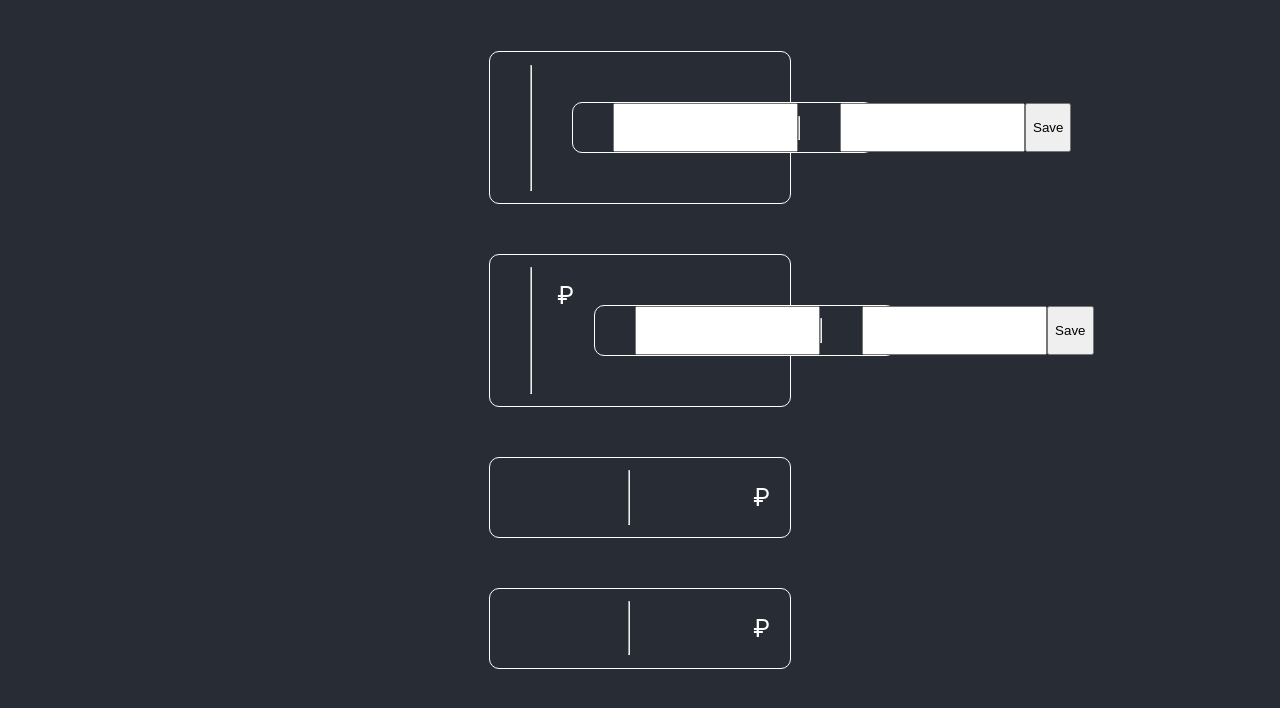
Repository: bandikost/capers
Page: /main
The author's editor kept a copy of each file at every save. The page is drawn from the files as they stood at one save, then again after a run of saves.
The browser window is 1280 px wide. The pictures show the whole page.
The page's requests for data from a server got no answer. The project was rebuilt for these pictures with package versions that can differ from the ones it lists, and the page was loaded fresh each time. No one was signed in, and anything a server would have sent is missing.

Above is the page before, as saved 2023-04-10 12:56:04.

After the next 2 saves:
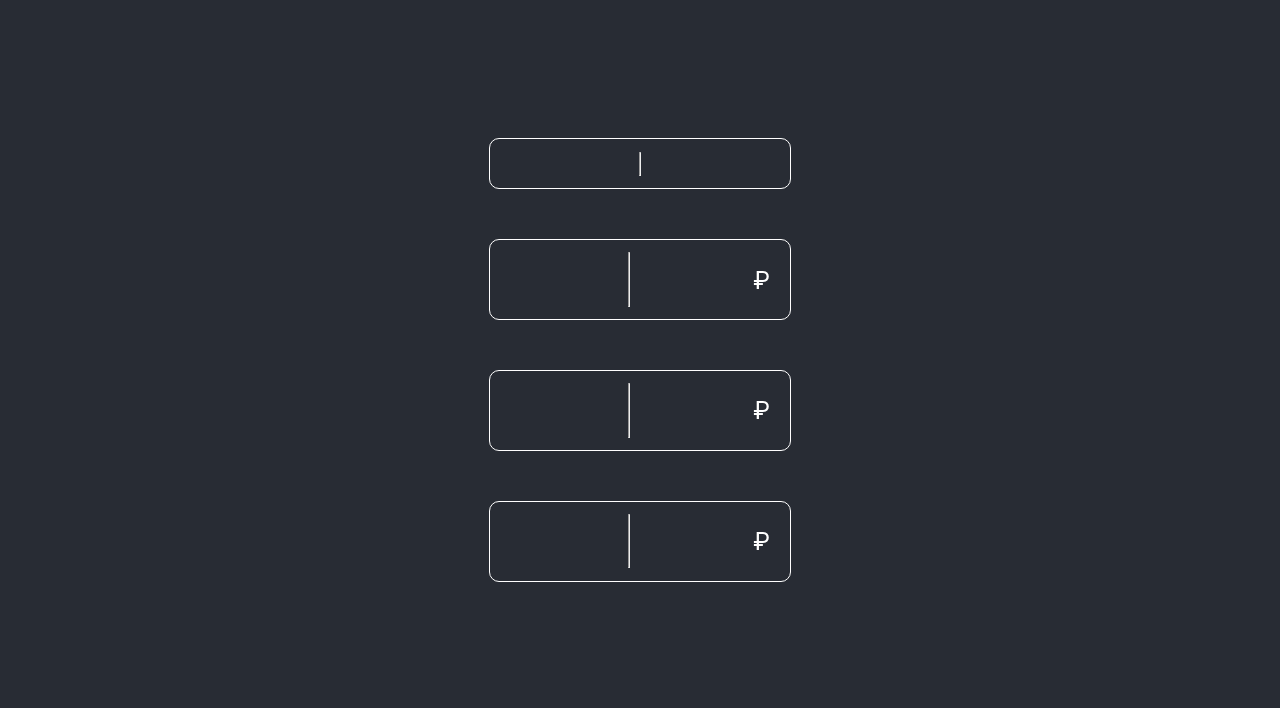
The 2 saves are shown as one change because 1 did not build or start.
The last was saved 2 min 1 s later.
--- a/src/components/Main.jsx
+++ b/src/components/Main.jsx
@@ -1,6 +1,6 @@
 import React, { useState, useEffect } from "react";
 import firebase from "../firebase";
-import UserInput from "./UserInput";
+
 
 export const Main = () => {
   const [name, setName] = useState({});
@@ -39,13 +39,13 @@ export const Main = () => {
         <p>{name.user1}</p>
         <hr />
         <p>{balance.user1}</p>
-        <UserInput userId="user1" name={name.user1} balance={balance.user1} />
+
       </div>
       <div className="cell">
         <p>{name.user2}</p>
         <hr />
         <p>{balance.user2}<span style={{marginLeft: "5px"}}>₽</span></p>
-        <UserInput userId="user2" name={name.user2} balance={balance.user2} />
+
       </div>
       <div className="cell">
         <p>{name.user3}</p>
